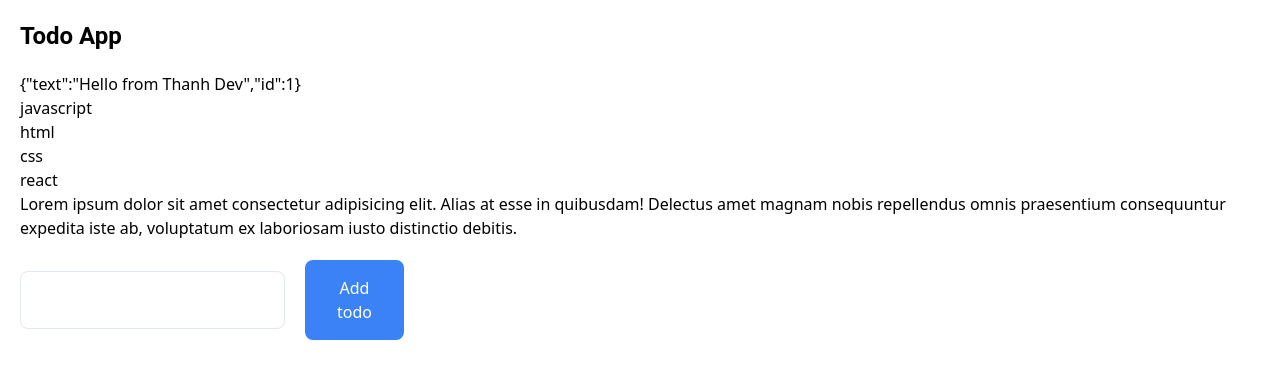
Repository: vophuocthanh/react-typescript
Page: /
An editor plug-in stored every save of this project. The page is shown before and after the next save, followed by the edit.
The browser window is 1280 px wide. The pictures show the whole page.
The project was rebuilt for these pictures with package versions that can differ from the ones it lists, and the page was loaded fresh each time. Also part of the build but not shown: vite.config.ts.

Above is the page before, as saved 2023-04-06 21:46:21.

After the next save:
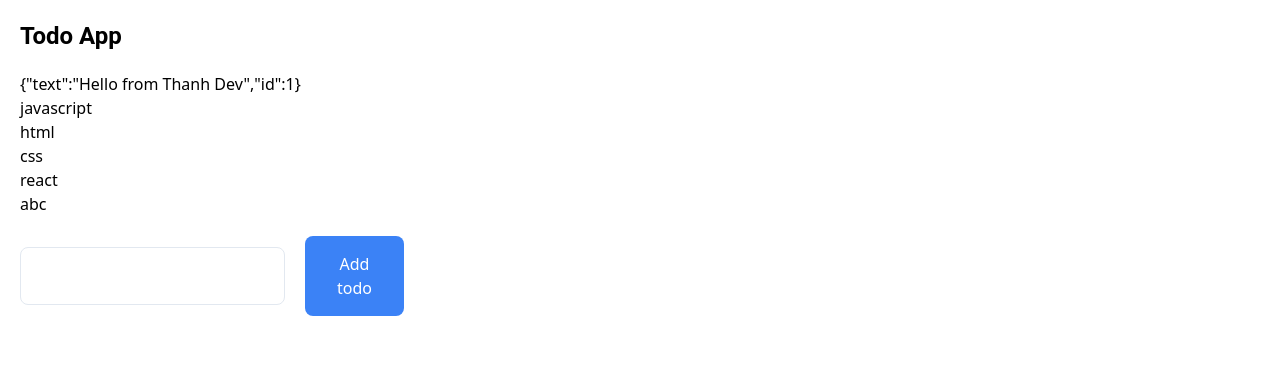
Saved 22 s later.
--- a/src/App.tsx
+++ b/src/App.tsx
@@ -68,10 +68,7 @@ const App = () => {
         onClickItem={(item: string) => onClickItem(item)}
       ></List>
       <Boxed>
-        Lorem ipsum dolor sit amet consectetur adipisicing elit. Alias at esse
-        in quibusdam! Delectus amet magnam nobis repellendus omnis praesentium
-        consequuntur expedita iste ab, voluptatum ex laboriosam iusto distinctio
-        debitis.
+        <div>abc</div>
       </Boxed>
       <div className="max-w-sm">
         <div className="flex flex-col mb-5 gap-y-5">
